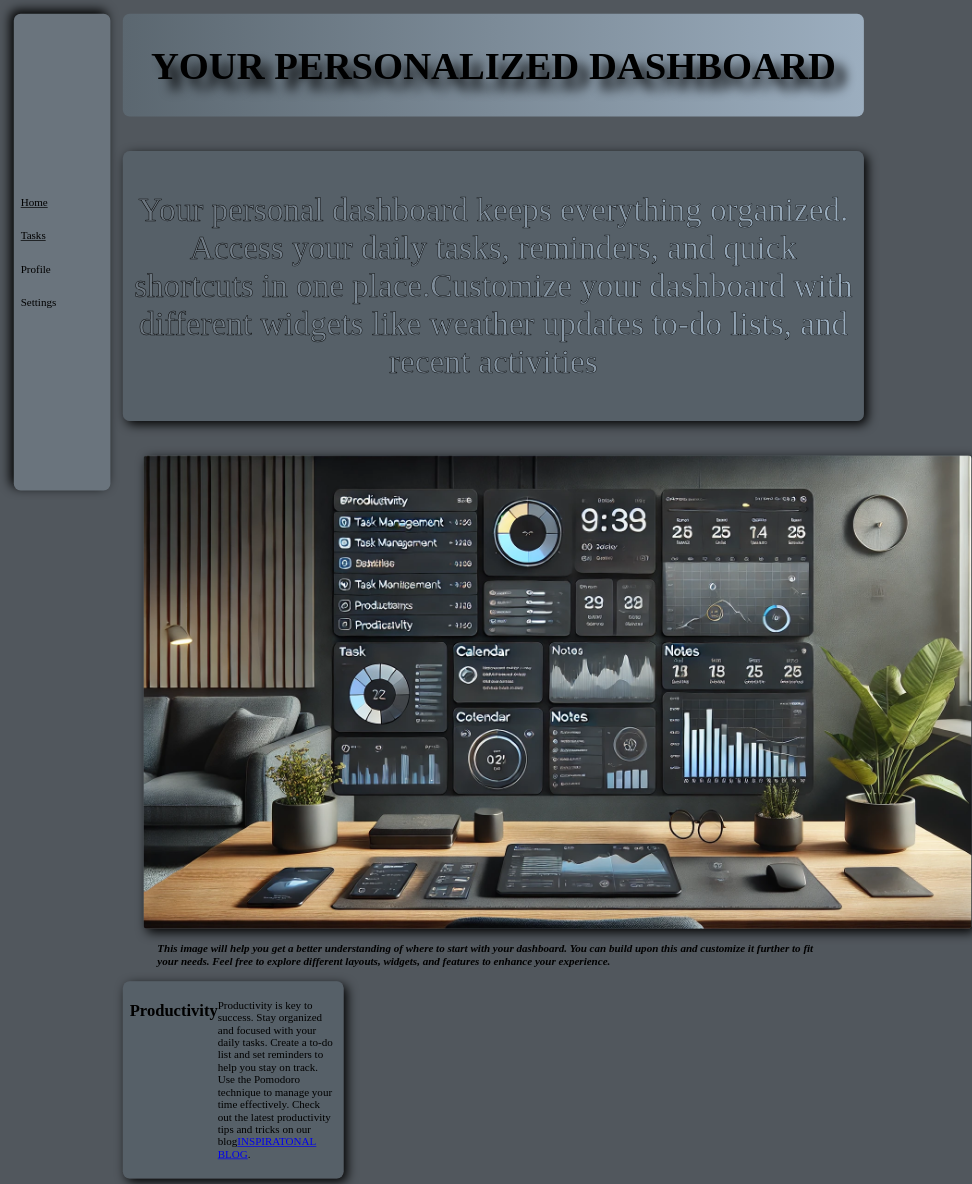
Repository: Parnicoza/testecomplete
Page: testcomplet-14.html
The author's editor kept a copy of each file at every save. The page is drawn from the files as they stood at one save, then again after the next save.
The browser window is 1280 px wide. The page is 1408 px wide, so the pictures cover 1408 px, including what lies to the right of the window. The pictures show the whole page, at 69% of full size.

Above is the page before, as saved 2025-02-28 13:12:03.

### testcomplet-14.html
<!DOCTYPE html>
<html lang="en">

<head>
    <title>Personal Dashboard</title>
    <link rel="stylesheet" href="stilizaretestcomplet-14.css">
    <link rel="icon" href="imaginitestecomplete/dashboard.ico">
</head>

<body>
    <div class="background-for-the-heading" id="Home">
        <h1 class="main-heading">Your Personalized Dashboard</h1>
    </div>

    <div class="thesamebackground">
        <p class="paragraph-gradient">Your personal dashboard keeps everything organized. Access your daily tasks,
            reminders, and quick shortcuts in one place.Customize your dashboard with different widgets like weather
            updates to-do lists, and recent activities</p>
    </div>

    <div class="divimage">
        <figure>
            <img src="imaginitestecomplete/productivity.jpg" alt="productivity image" width="1200" class="image" title="Productivity image" usemap="#dashboard-map" id="Tasks">
            <map name="dashboard-map">
                <area shape="rect" coords="341,127,487,280" href="https://blog.productivity.directory/" alt="Productivity blog" target="_blank">
                <area shape="rect" coords="670,134,825,280" href="https://blog.productivity.directory/" alt="Productivity blog" target="_blank">
            </map>
            <figcaption class="figcaption">This image will help you get a better understanding of where to start with
                your dashboard.
                You can build upon this and customize it further to fit your needs.
                Feel free to explore different layouts, widgets, and features to enhance your experience.
            </figcaption>
        </figure>
    </div>

    <div class="Dashboard">
        <div class="sidebar">
            <ul class="list">
                <li><a href="#Home"  class="home" title="Press here to go to home page">Home</a></li>
                <li><a href="#Tasks" class="home" title="Click here to go to Tasks">Tasks</a></li>
                <li>Profile</li>
                <li>Settings</li>
            </ul>
        </div>
    </div>

    <div class="block1">
        <h2 class="headingforblock1">Productivity</h2>
        <p class="paragraphforblock1">Productivity is key to success. Stay organized and focused with your daily tasks.
            Create a to-do list and set reminders to help you stay on track. Use the Pomodoro technique to manage your
            time effectively. Check out the latest productivity tips and tricks on our blog<a href="https://blog.productivity.directory/" target="_blank" title="Press here to find more tips and tricks">INSPIRATONAL BLOG</a>.</p>
    </div>
</body>

</html>

### stilizaretestcomplet-14.css
body{
    background-color:#51575D;
}

.main-heading{
    text-align: center;
    text-transform: uppercase;
    text-shadow: 15px 15px 15px black;
    font-size: 3.5em;
    color: black;
}

.background-for-the-heading{
    background: linear-gradient(to right, #5B6770, #9CAEBF);
    margin: 20px;
    padding: 5px;
    border-radius: 10px;
    margin-left: 170px;
}

.thesamebackground{
    background-color: rgba(91, 103, 112, 0.6) ;
    margin-left: 170px;
    margin-top: 50px;
    text-align: center;
    padding: 10px;
    border-radius: 10px;
    box-shadow: 5px 5px 15px black;
    margin-right: 20px;
}

.paragraph-gradient{
    background: linear-gradient(to right, #6A747D, #9BAEBF);
    background-clip: text;
    color: transparent;
    font-size: 3em;
    -webkit-text-stroke: 0.7px black;
    text-align: center;
}

.quote{
    border: 1px dotted black;
    padding: 10px;
    margin-left: 150px;
}

.divider{
    border: none;
    height: 4px;
    background-color: lightgray;
    border: 3px dotted black;
    margin: 14px;
    margin-left: 150px;
}

.image{
    border-radius: 5px;
    box-shadow: 5px 5px 15px black;
    display: block;
    margin: 0 auto;
}

.picture{
    margin-left: 160px;
}

.Dashboard{
    display: flex;
}

.sidebar{
    display: flex;
    flex-direction: column;
   width: 140px;
   position: fixed;
   left: 0;
   top: 0;
   height: 96vh;
   justify-content: center;
   margin: 20px;
   background-color: #6A747D;
    border-radius: 10px;
    box-shadow: -5px -5px 15px black;

}

.list{
    list-style-type: none;
    display: flex;
    flex-direction: column;
    gap: 30px;
    padding: 0;
    margin-left: 10px;
}

.container{
    margin-left: 160px;
}

.divimage{
    display: block;
    margin-left: 160px;
    margin-top: 50px;

}

.figcaption{
    font-style: italic;
    font-weight: bold;
    margin: 20px;
}

.home{
    color: black;
}

.block1{
display: flex;
flex-direction: row;
justify-content: center;
width: 300px;
margin-left: 170px;
background-color: rgba(91, 103, 112, 0.6);
    box-shadow: 5px 5px 15px black;
    border-radius: 10px;
    padding: 10px;
}

.headingfortheblock1{
    text-align: left;
    text-transform: uppercase;
    font-weight: bold;
    color: black;
    display: flex;
}

After the next save:
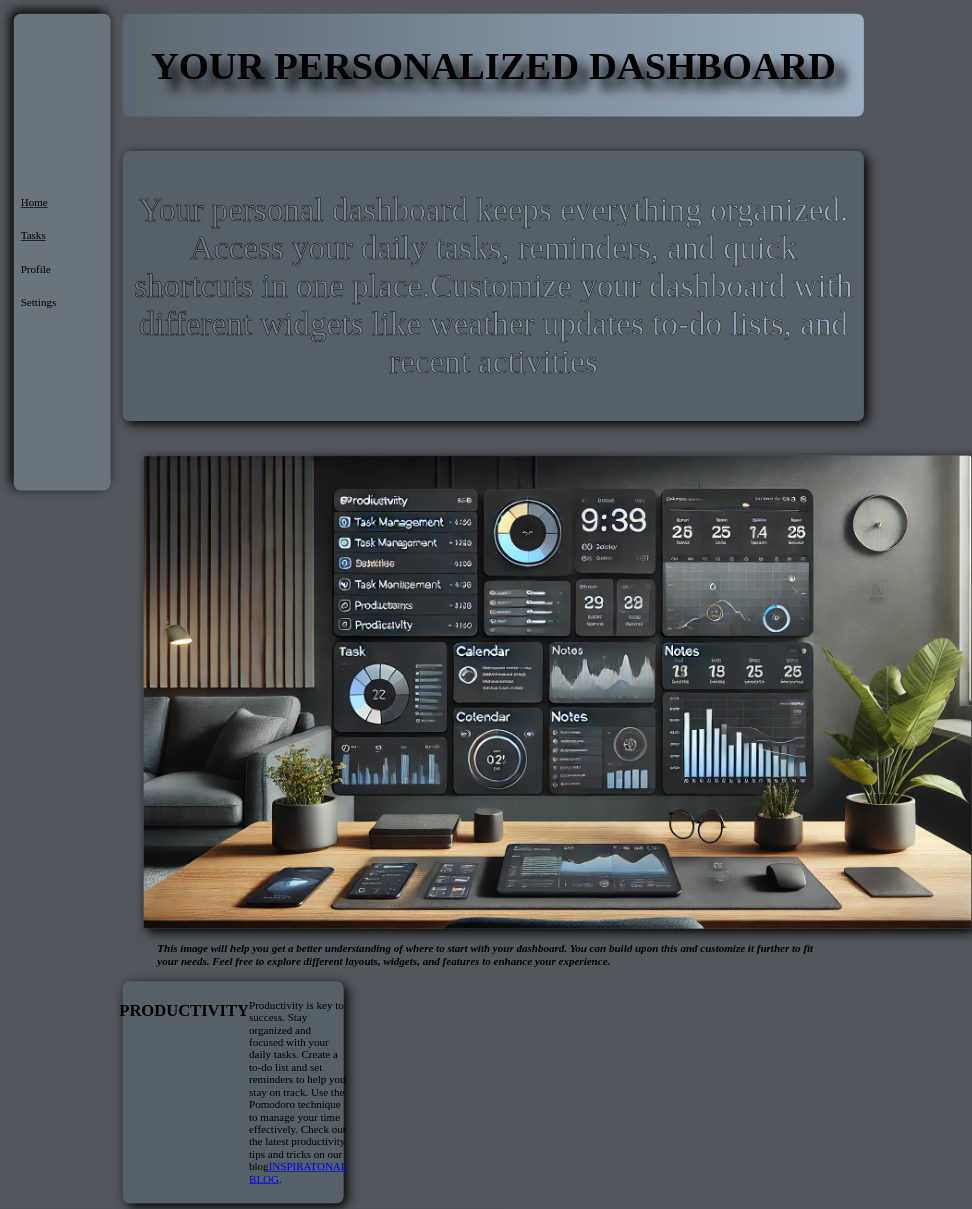
Saved 86 s later.
--- a/stilizaretestcomplet-14.css
+++ b/stilizaretestcomplet-14.css
@@ -126,7 +126,7 @@ background-color: rgba(91, 103, 112, 0.6);
     padding: 10px;
 }
 
-.headingfortheblock1{
+.headingforblock1{
     text-align: left;
     text-transform: uppercase;
     font-weight: bold;
